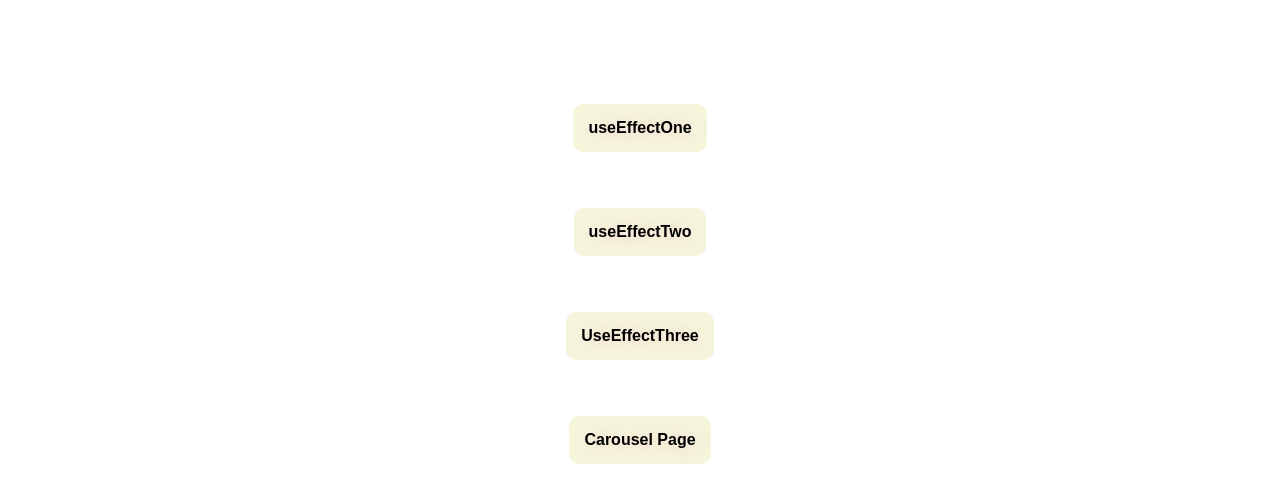
Repository: jjennbui/class8
Page: /
The author's editor kept a copy of each file at every save. The page is drawn from the files as they stood at one save, then again after the next save.
The browser window is 1280 px wide. The pictures show the whole page.
The project was rebuilt for these pictures with package versions that can differ from the ones it lists, and the page was loaded fresh each time. The framework's server and built-in components were replaced by stand-ins that run in the browser. Also part of the build but not shown: next.config.js.

Above is the page before, as saved 2023-02-20 17:38:31.

### pages/index.js
import Head from 'next/head'
import styles from '@/styles/Home.module.css'
import Link from 'next/link'


export default function Home() {
  return (
    <>
      <Head>
        <title>Create Next App</title>
        <meta name="description" content="Generated by create next app" />
        <meta name="viewport" content="width=device-width, initial-scale=1" />
        <link rel="icon" href="/favicon.ico" />
      </Head>

      <main className={styles.main}>
        <Link href="/useEffectOne" className={styles.text}>useEffectOne</Link>
        <Link href="/useEffectTwo" className={styles.text}>useEffectTwo</Link>
        <Link href="/useEffectThree" className={styles.text}>UseEffectThree</Link>
        <Link href="/carouselPage" className={styles.text}>Carousel Page</Link>
      </main>
    </>
  )
}

### styles/globals.css
:root {

}

### styles/Home.module.css
.main {

  display: flex;
  flex-direction: column;
  justify-content: space-between;
  align-items: center;
  padding: 6rem;
  min-height: 50vh;

}

.text{
  color: black;
  text-decoration: none;
  font-family: Arial, Helvetica, sans-serif;
  font-weight: bold;
  text-shadow: 2px 2px 20px pink;
  background-color: beige;
  padding: 15px;
  border-radius: 10px;

}

Loaded but not shown: pages/_app.js (common file); pages/_document.js (common file)

After the next save:
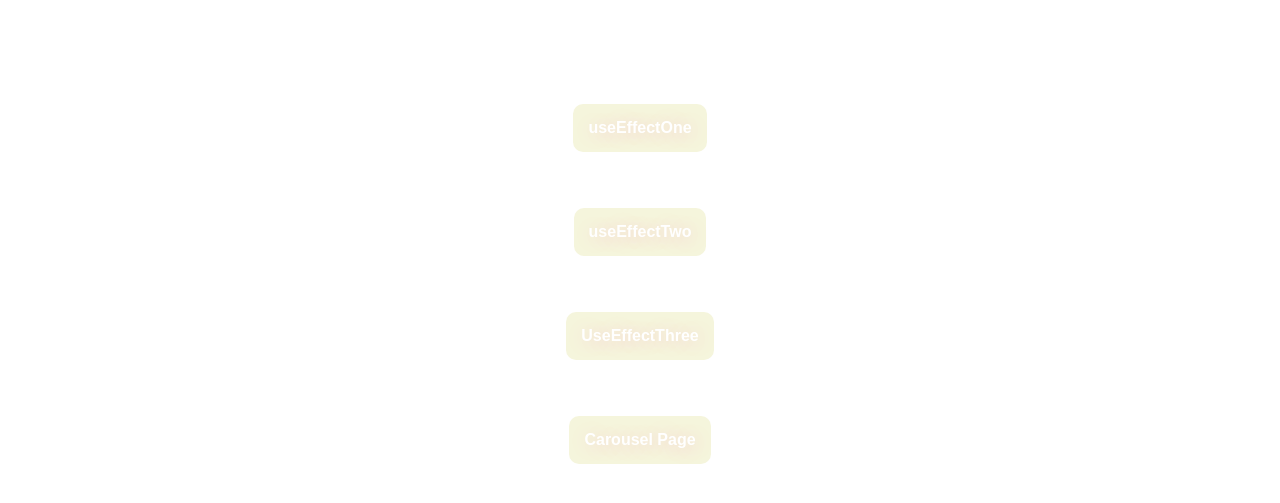
Saved 9 s later.
--- a/styles/Home.module.css
+++ b/styles/Home.module.css
@@ -10,7 +10,7 @@
 }
 
 .text{
-  color: black;
+  color: white;
   text-decoration: none;
   font-family: Arial, Helvetica, sans-serif;
   font-weight: bold;
